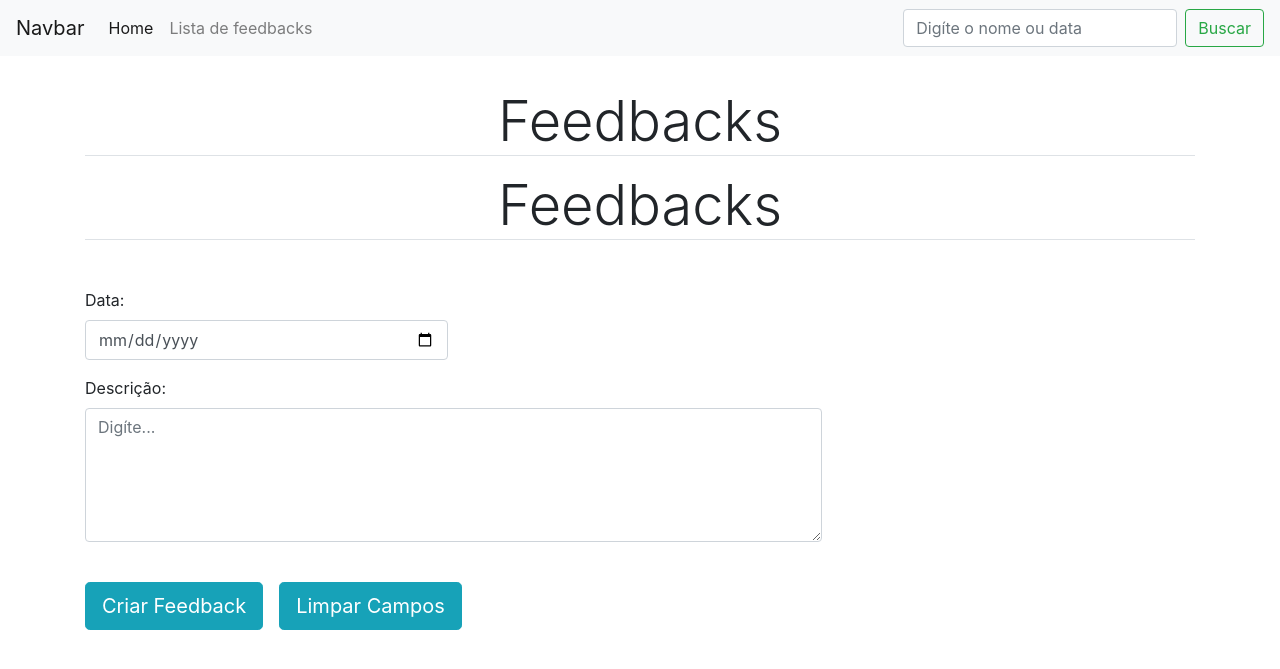
Repository: JulioSantooz/maisViagensSegundaVersao
Page: java-web(eclipse)/java-crud-mais-viagens/src/main/webapp/descricao.html
The author's editor kept a copy of each file at every save. The page is drawn from the files as they stood at one save, then again after the next save.
The browser window is 1280 px wide. The pictures show the whole page.
Some web libraries are served in a nearby version.

Above is the page before, as saved 2022-02-06 15:38:43.

After the next save:
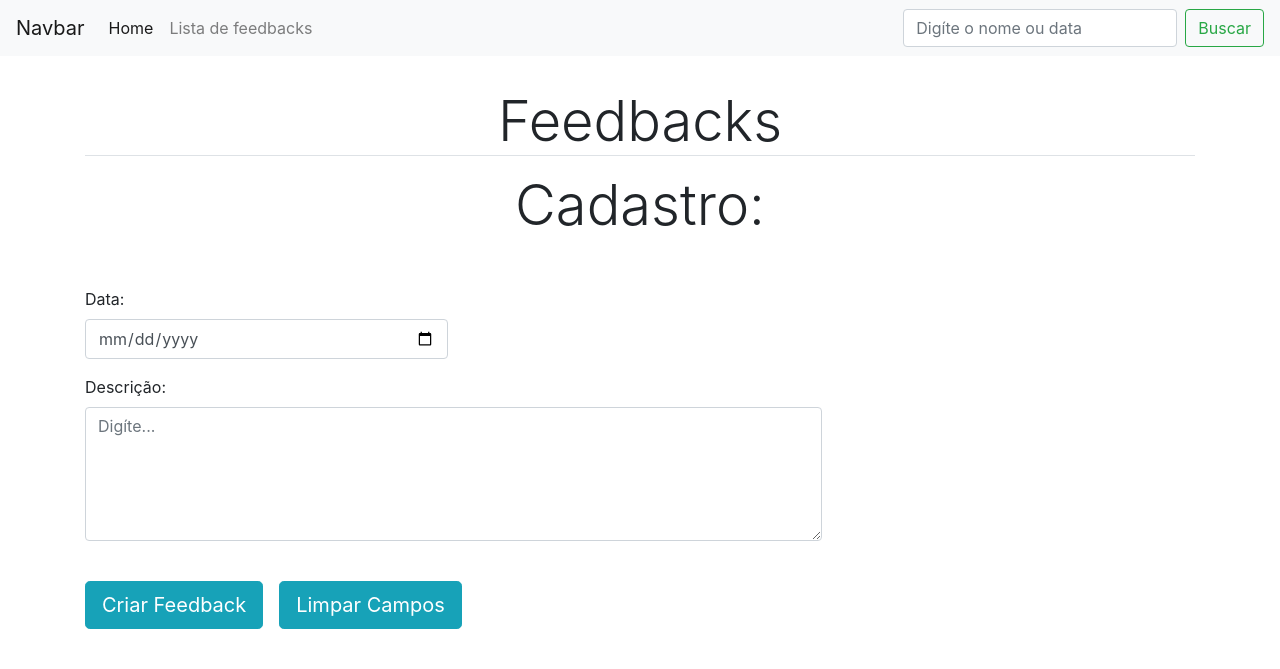
Saved 19 s later.
--- a/java-web(eclipse)/java-crud-mais-viagens/src/main/webapp/descricao.html
+++ b/java-web(eclipse)/java-crud-mais-viagens/src/main/webapp/descricao.html
@@ -34,7 +34,7 @@
 		<div class="col-12">
 			<h1 class="display-4 my-3 border-bottom">Feedbacks</h1>
 			<form action="CreateAndFind" method="POST">
-			<h1 class="display-4 my-3 border-bottom">Feedbacks</h1>
+			<h1 class="display-4 my-2">Cadastro:</h1>
                 <div class="form-row mt-5 d-flex flex-column">
                     <div class="form-group col-4">
                         <label for="" class="float-left">Data:</label>
